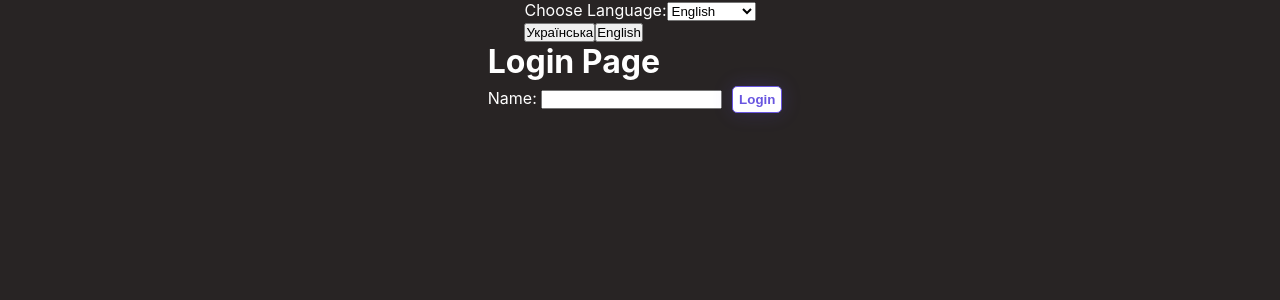
Repository: Novoselets28/star-wars-hooks
Page: /
An editor plug-in stored every save of this project. The page is shown before and after the next save, followed by the edit.
The browser window is 1280 px wide. The pictures show the whole page.
The project was rebuilt for these pictures with package versions that can differ from the ones it lists, and the page was loaded fresh each time. Also part of the build but not shown: src/components/HomePage.jsx, src/components/People/CurrentPeople.jsx, src/components/People/PeopleList.jsx, src/components/People/People.jsx, src/components/Planets/CurrentPlanet.jsx, src/components/Planets/PlanetsList.jsx, src/components/Planets/Planets.jsx, src/components/Starships/CurrentStarship.jsx and 4 more.

Above is the page before, as saved 2023-03-27 19:33:28.

After the next save:
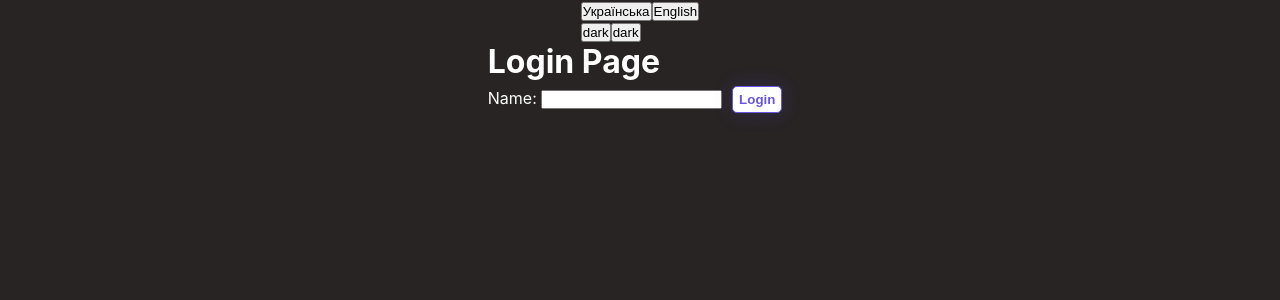
Saved 7 min 45 s later.
--- a/src/components/Header.jsx
+++ b/src/components/Header.jsx
@@ -18,15 +18,14 @@ function Header() {
 
   return (
     <div>
-      <label htmlFor="language-select">Choose Language:</label>
-      <select id="language-select" value={language} onChange={handleLanguageChange}>
-        <option value="eng">English</option>
-        <option value="ukr">Українська</option>
-      </select>
       <div className="toggle__lang">
-                <button className={theme==="ukr" ? "active" : ""} onClick={()=>setTheme("ukr")}>Українська</button>
-                <button className={theme==="eng" ? "active" : ""} onClick={()=>setTheme("eng")}>English</button>
-            </div>
+        <button className={language==="ukr" ? "active" : ""} onClick={()=>setLanguage("ukr")}>Українська</button>
+        <button className={language==="eng" ? "active" : ""} onClick={()=>setLanguage("eng")}>English</button>
+      </div>
+      <div className="toggle__lang">
+        <button className={theme==="light" ? "dark" : ""} onClick={()=>setTheme("ukr")}>{theme}</button>
+        <button className={theme==="dark" ? "light" : ""} onClick={()=>setTheme("eng")}>{theme}</button>
+      </div>
     </div>
   );
 }
